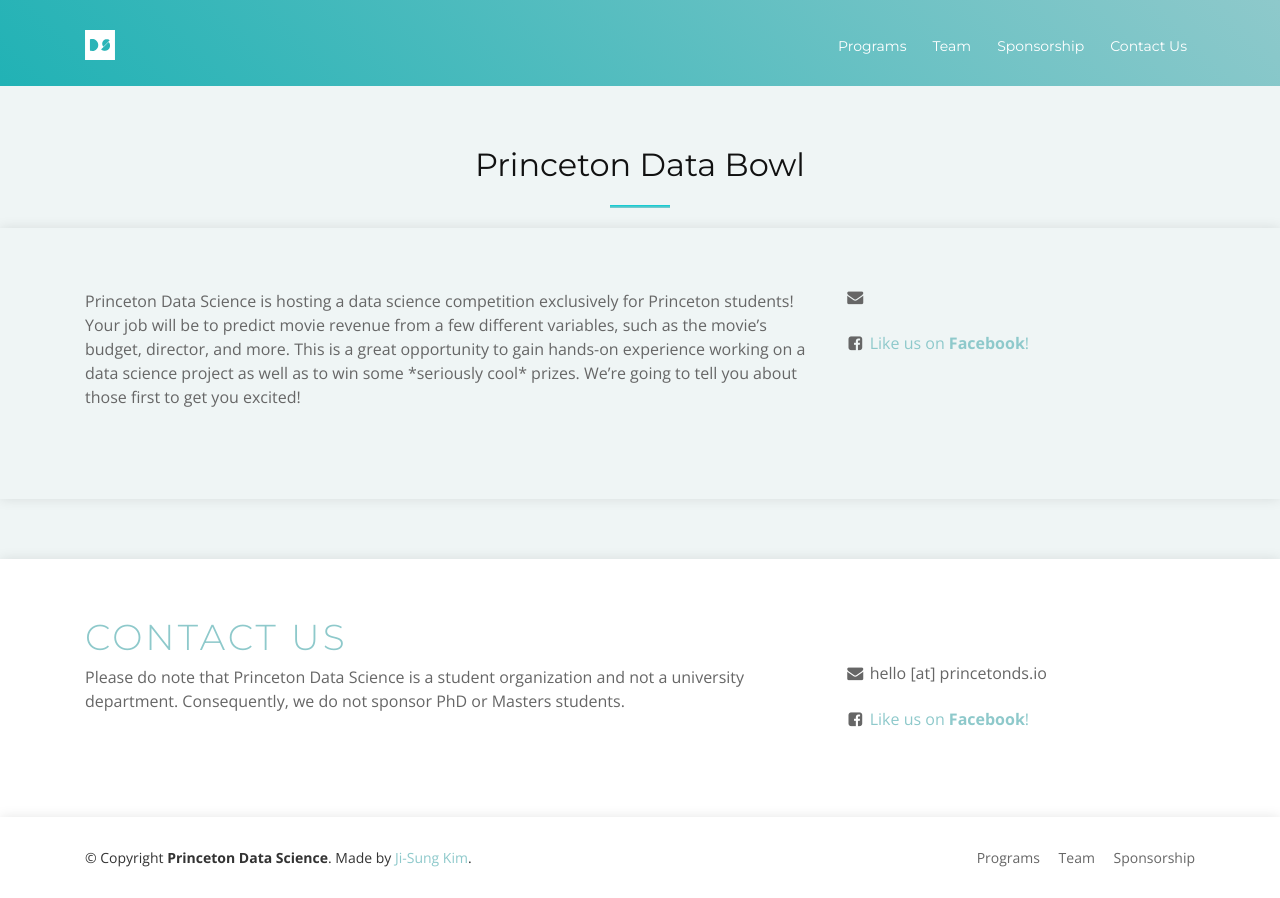
Repository: princetonds/princetonds.github.io
Page: team2.html
These files come from the project's save history. The page is drawn as it stood at one moment and after the next save; the edit follows.
The browser window is 1280 px wide. The pictures show the whole page.

Above is the page before, as saved 2021-03-20 03:07:11.
Console error: TypeError: Cannot read properties of null (reading 'innerHTML')

After the next save:
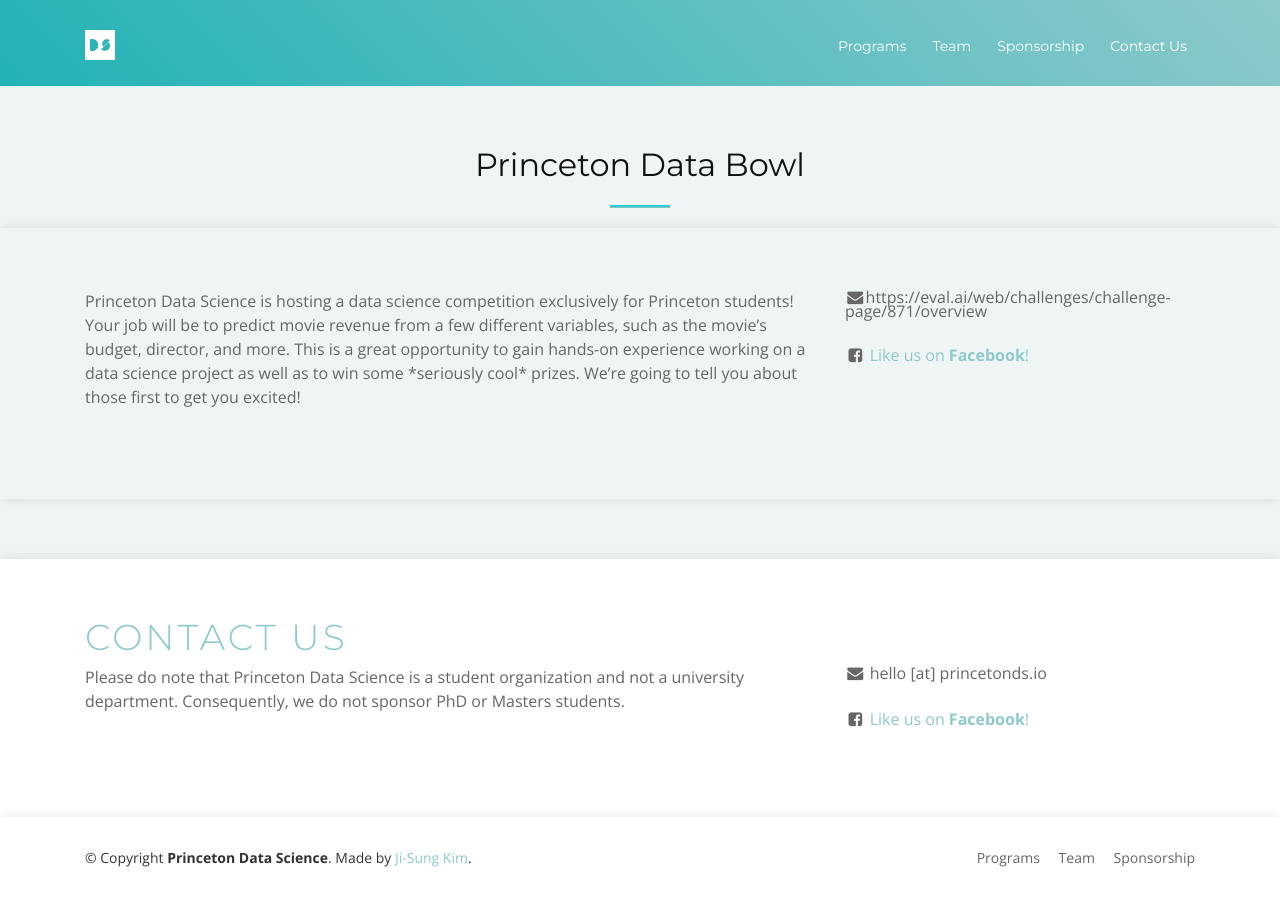
Saved 5 s later.
--- a/team2.html
+++ b/team2.html
@@ -113,7 +113,7 @@
             </p>
           </div>
           <div class="col-lg-4 col-md-6 links">
-            <p><i class="fa fa-envelope fa-fw"></i></p>
+            <p><i class="fa fa-envelope fa-fw"></i>https://eval.ai/web/challenges/challenge-page/871/overview</p>
             <p><i class="fa fa-facebook-square fa-fw"></i> <a href="https://www.facebook.com/princetonds" class="facebook">Like us on <strong>Facebook</strong>!</a></p>
           </div>
         </div>
